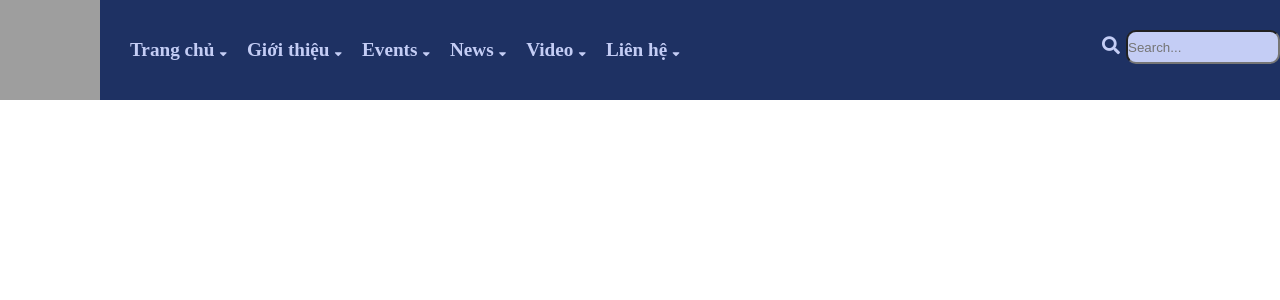
Repository: Luong-tung/newtopics
Page: index2.html
An editor plug-in stored every save of this project. The page is shown before and after the next save, followed by the edit.
The browser window is 1280 px wide. The pictures show the whole page.
Pictures or frames that could not be fetched are drawn as grey boxes. Some web libraries are served in a nearby version.

Above is the page before, as saved 2021-10-07 20:58:11.

After the next save:
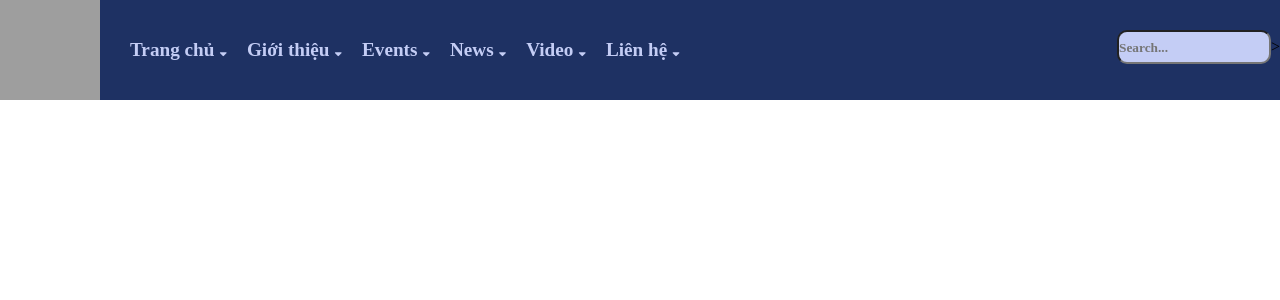
Saved 87 min 1 s later.
--- a/index2.html
+++ b/index2.html
@@ -28,8 +28,8 @@
 
         <div class="search">
             <form>
-                <i class="fas fa-search"></i>
-                <input type="text" name="Search" placeholder="Search...">
+
+                <input type="text" name="Search" placeholder="Search..." <i class="fas fa-search"></i>>
             </form>
         </div>
 
